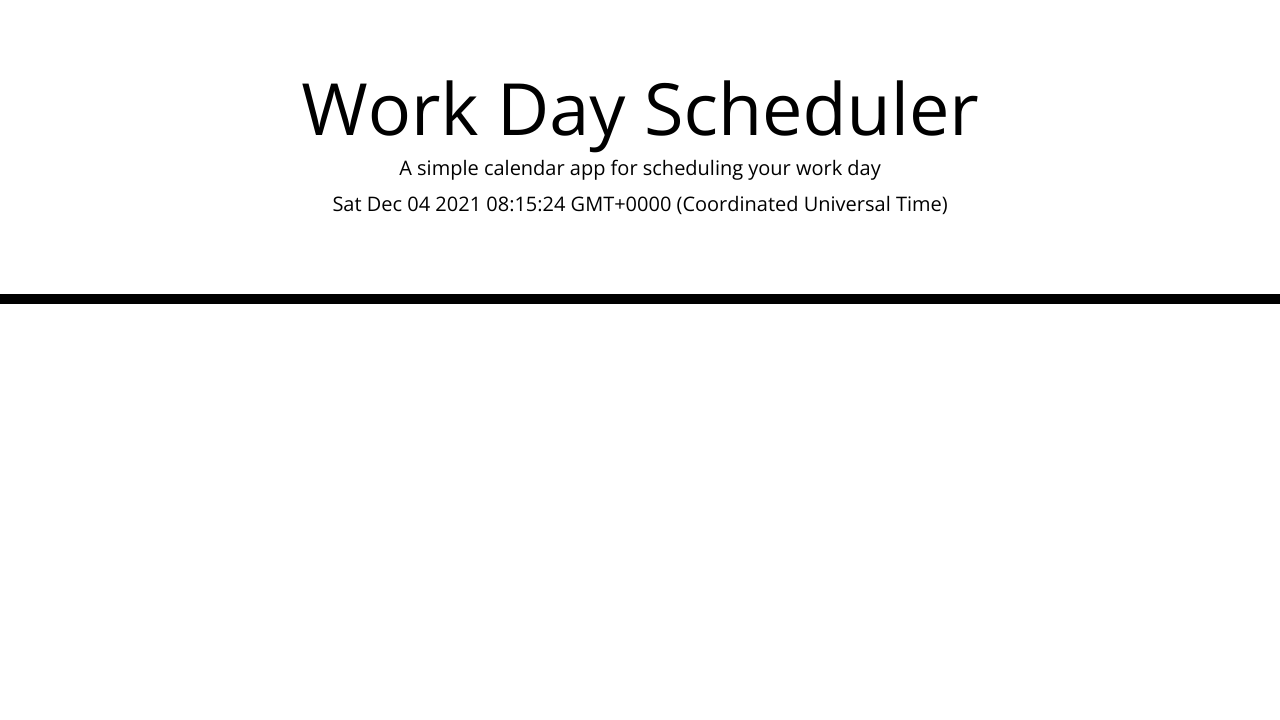
Repository: brenhamp/work-day-scheduler
Page: Develop/index.html
The author's editor kept a copy of each file at every save. The page is drawn from the files as they stood at one save, then again after the next save.
The browser window is 1280 px wide. The pictures show the whole page.
Some web libraries are served in a nearby version.

Above is the page before, as saved 2021-12-04 13:55:26.

After the next save:
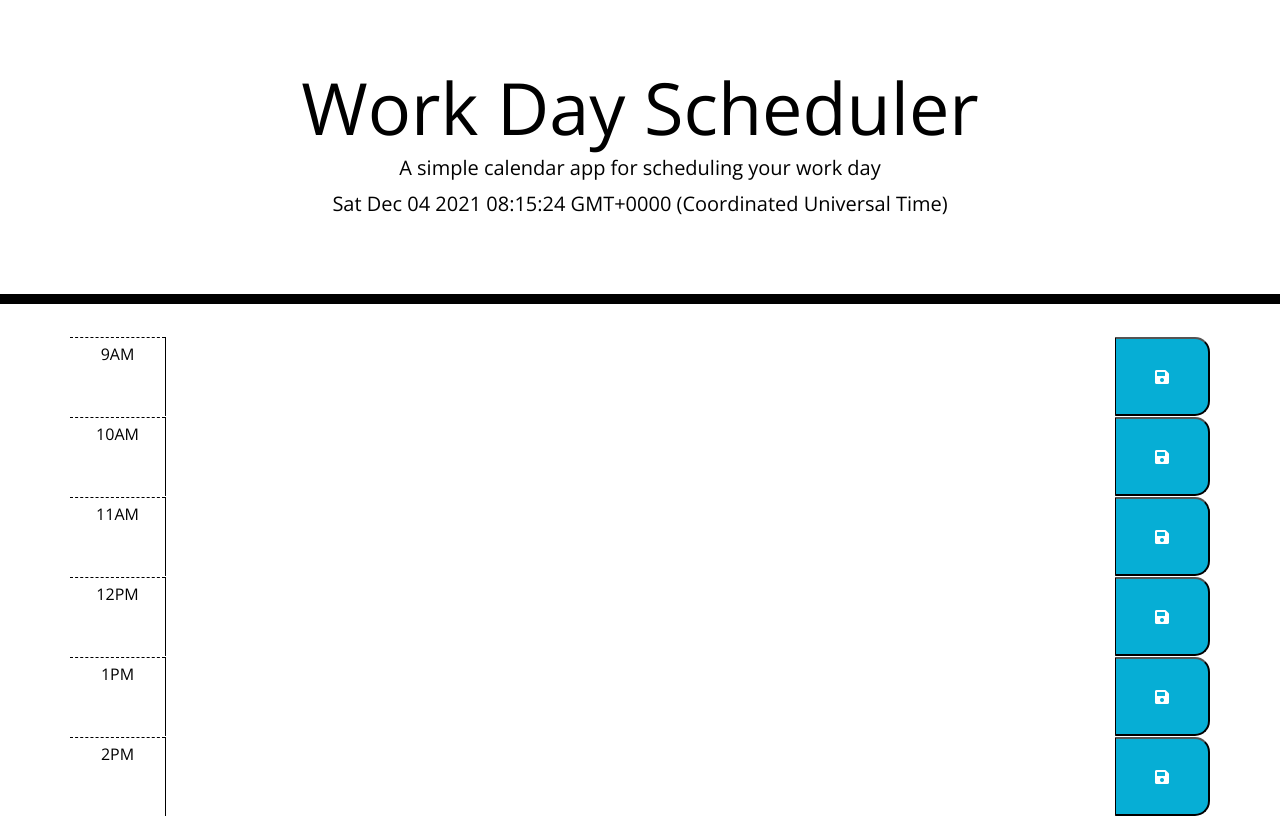
Saved 6 min 1 s later.
--- a/Develop/index.html
+++ b/Develop/index.html
@@ -30,6 +30,41 @@
     </header>
     <div class="container">
       <!-- Timeblocks go here -->
+      <div class="row time-block" id="9">
+        <div class="col-1 hour pt-2">9AM</div>
+        <textarea class="col-10 plan"></textarea>
+        <button id="9am" class="col saveBtn"><i class="fas fa-save"></i></button>
+      </div>
+
+      <div class="row time-block" id="10">
+        <div class="col-1 hour pt-2">10AM</div>
+        <textarea class="col-10 plan"></textarea>
+        <button id="10am" class="col saveBtn"><i class="fas fa-save"></i></button>
+      </div>
+
+      <div class="row time-block" id="11">
+        <div class="col-1 hour pt-2">11AM</div>
+        <textarea class="col-10 plan"></textarea>
+        <button id="11am" class="col saveBtn"><i class="fas fa-save"></i></button>
+      </div>
+
+      <div class="row time-block" id="12">
+        <div class="col-1 hour pt-2">12PM</div>
+        <textarea class="col-10 plan"></textarea>
+        <button id="12pm" class="col saveBtn"><i class="fas fa-save"></i></button>
+      </div>
+
+      <div class="row time-block" id="1">
+        <div class="col-1 hour pt-2">1PM</div>
+        <textarea class="col-10 plan"></textarea>
+        <button id="1pm" class="col saveBtn"><i class="fas fa-save"></i></button>
+      </div>
+
+      <div class="row time-block" id="2">
+        <div class="col-1 hour pt-2">2PM</div>
+        <textarea class="col-10 plan"></textarea>
+        <button id="2pm" class="col saveBtn"><i class="fas fa-save"></i></button>
+      </div>
     </div>
 
     <script src="https://code.jquery.com/jquery-3.4.1.min.js"></script>
